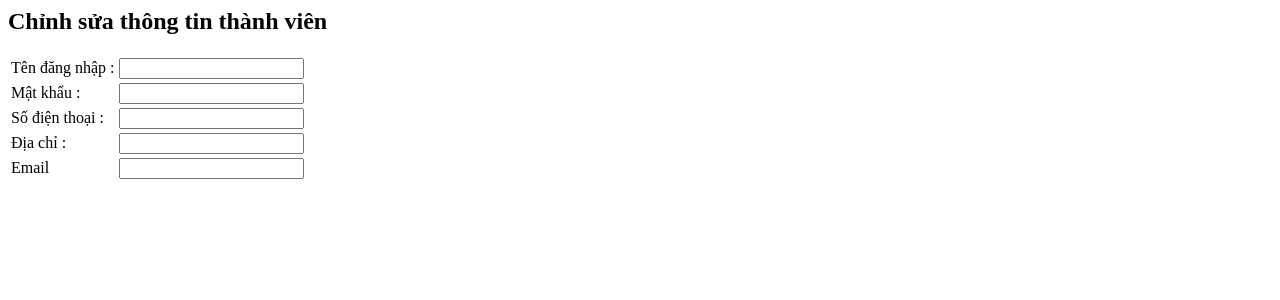
Repository: tuanpham-aptech/sportequiptment
Page: http://localhost/admin/views/members/edit.member.php
These files come from the project's save history. The page is drawn as it stood at one moment and after the next save; the edit follows.
The browser window is 1280 px wide. The pictures show the whole page.
The page is run by PHP 8.4 with error messages shown; the project is at /var/www/html/.

Above is the page before, as saved 2021-10-22 07:10:49.

### admin/views/members/edit.member.php
<div class="member">
                    <h2 class="member-title">Chỉnh sửa thông tin thành viên  </h2>
                    <table class="member-table--update">
                        <tbody>
                            <form class="member-form" method="post">
                                <tr class="member-table--tr">
                                    <td class="member-table--td">Tên đăng nhập :</td>
                                  <td class="member-table--td">
                                      <input type="text" name="username"value ="">
                                    </td>
                                </tr>
                                <tr class="member-table--tr">
                                    <td class="member-table--td">Mật khẩu :</td>
                                  <td class="member-table--td"><input type="password" name="password" value=""></td>
                                </tr>
                                <tr class="member-table--tr">
                                    <td class="member-table--td">Số điện thoại :</td>
                                    <td class="member-table--td"><input type="number" name="mobile" id=""></td>
                                </tr>
                                <tr class="member-table--tr">
                                    <td class="member-table--td">Địa chỉ :</td>
                                    <td class="member-table--td"><input type="text" name="address"> </td>
                                </tr>
                                <tr class="member-table--tr">
                                    <td class="member-table--td">Email</td>
                                    <td class="member-table--td"><input type="email" name="email"></td>
                                </tr>
                                <tr class="member-table--tr">
                                    <td class="member-table--td"></td>
                                    <td class="member-table--td"><input type="submit" name="update" value="Cập nhật  ></td>
                                </tr>
                            </form>
                        </tbody>
                      </table>
                </div>

After the next save:
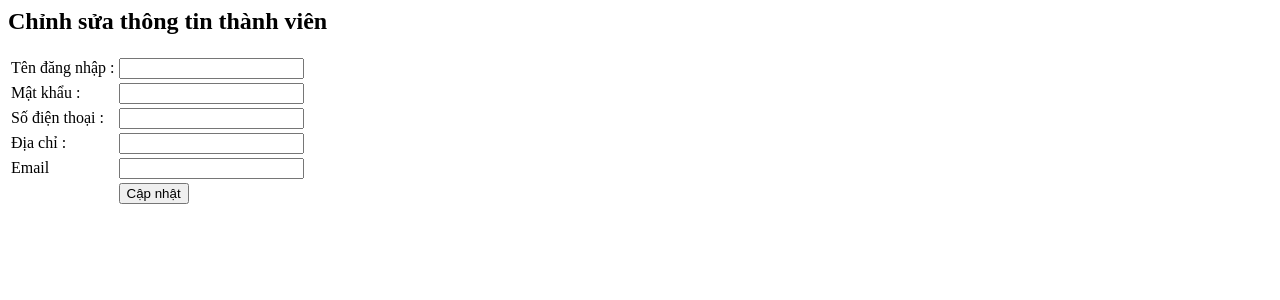
Saved 4 s later.
--- a/admin/views/members/edit.member.php
+++ b/admin/views/members/edit.member.php
@@ -27,7 +27,7 @@
                                 </tr>
                                 <tr class="member-table--tr">
                                     <td class="member-table--td"></td>
-                                    <td class="member-table--td"><input type="submit" name="update" value="Cập nhật  ></td>
+                                    <td class="member-table--td"><input type="submit" name="update" value="Cập nhật" ></td>
                                 </tr>
                             </form>
                         </tbody>
